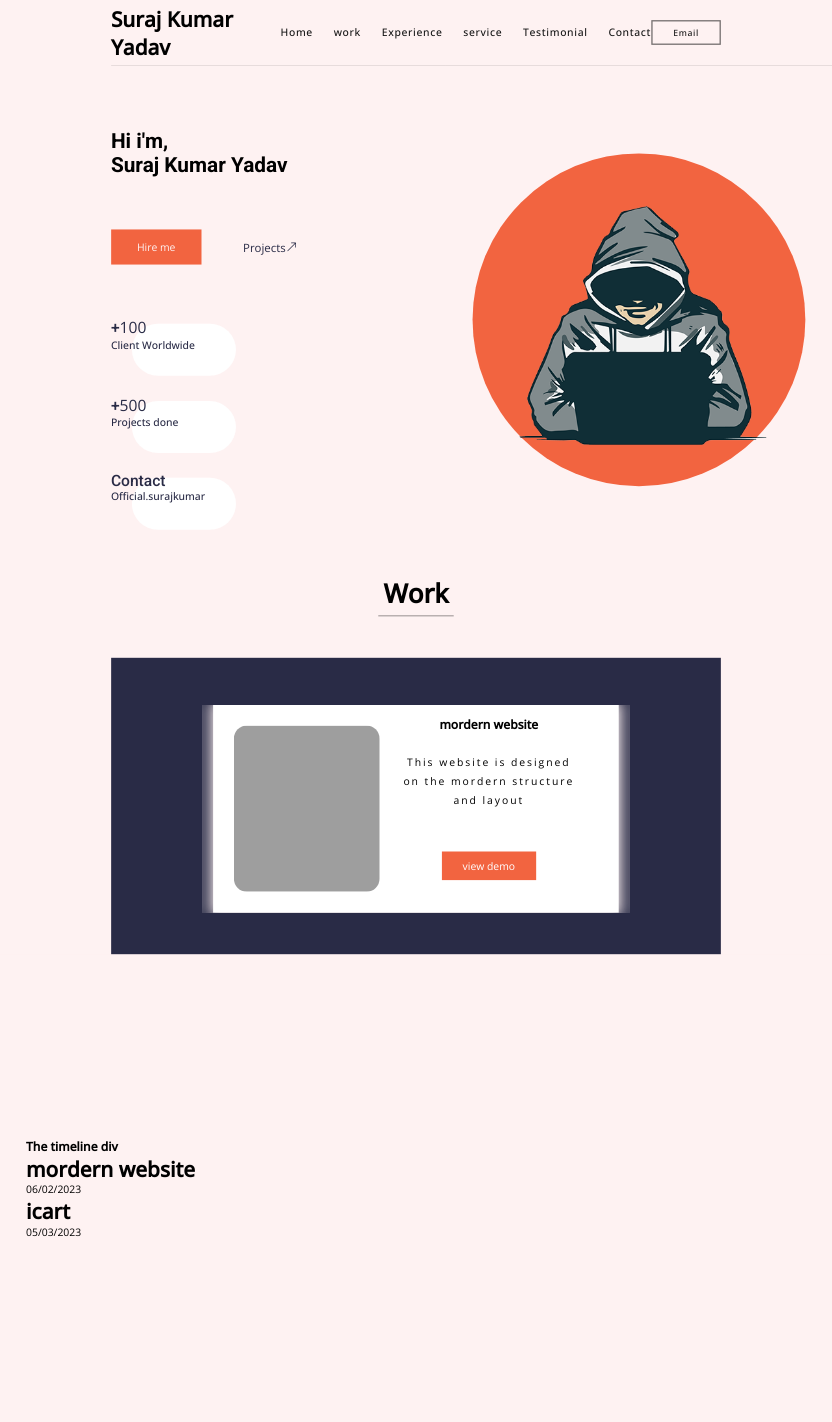
Repository: suraj-yadav7/portfolio-reactjs
Page: /
The author's editor kept a copy of each file at every save. The page is drawn from the files as they stood at one save, then again after the next save.
The browser window is 1280 px wide. The pictures show the whole page, at 65% of full size.
Pictures or frames that could not be fetched are drawn as grey boxes. The project was rebuilt for these pictures with package versions that can differ from the ones it lists, and the page was loaded fresh each time.

Above is the page before, as saved 2023-04-10 18:57:13.

### src/index.js
import React from 'react';
import ReactDOM from 'react-dom/client';
import App from './App';
import './styles/app.scss'

const root = ReactDOM.createRoot(document.getElementById('root'));
root.render(
  <React.StrictMode>
    <App />
  </React.StrictMode>
);

### src/App.js
import Header from "./components/Header";
import Home from "./components/Home";
import Work from "./components/Work";
import Timeline from "./components/Timeline";


function App() {
  return (
    <>
      <Header/>
      <Home/>
      <Work/>
      <Timeline/>
    </>
  );
}

export default App;

### src/styles/app.scss
@import url('https://fonts.googleapis.com/css2?family=Open+Sans:wght@300;400;500&family=Roboto:ital,wght@0,300;0,500;0,700;1,700&display=swap');


@import "statics";
@import "animation";
@import "header";
@import "home";
@import "work";
@import "timeline";


* {
  margin: 0%;
  padding: 0%;
  font-family: $text2;
  box-sizing: border-box;
  scroll-behavior: smooth;
}
a {
  text-decoration: none;
}

body {
  background-color: $color1;
  overflow-x: hidden;
}

.disableBtn {
  color: $color6 !important;
  background-color: rgb(191, 191, 191) !important;
  cursor: not-allowed !important;
}

#customMessage {
  font: 900 2rem $text2;
  width: 100%;
  height: 100vh;
  display: grid;
  place-items: center;
}

/*
@import "statics";
@import "animation";
@import "header";  //the statice values are available to header bcz statics is "import" above ii
@import "home";
@import "work";

*{
    margin:0;
    padding:0;
    box-sizing: border-box;
    font-family: $text1;
    scroll-behavior: smooth;
}
a{
    text-decoration: none;
}

body{
    background-color: $color1;
    overflow-x: hidden;
}

.disableBtn {
    background-color: rgb(237,237,237);
    cursor: not-allowed;
}
*/

### src/components/Header.jsx


import React from "react"

const Header = ()=>{
    return(
        <nav>
            <NavContent/>
        </nav>
    )
};

const NavContent = () =>{
    return(

        <>
        <h2>Suraj Kumar Yadav</h2>
        <div>
            <a href="#home">Home</a>
            <a href="#work">work</a>
            <a href="#timeline">Experience</a>
            <a href="#service">service</a>
            <a href="#testimonial">Testimonial</a>
            <a href="#Contact">Contact</a>
        </div>
        <a href="mailto: official.surajkumar@gmail.com">
            <button>Email</button>
        </a>
        </>
        )
}


export default Header;

### src/components/Home.jsx
import { BsArrowUpRight, BsChevronDown } from "react-icons/bs";
import {React,useRef} from 'react'
import { animate, motion } from "framer-motion"
// import { Typewriter} from 'typewriter-effect'
import me from "../assets/me.png"


const Home = () => {

  const clientCount = useRef(null)
  const projectCount = useRef(null)

  const animationClientCount = ()=>{
        animate(0,100,{
          duration: 1,
          onUpdate:(v)=>(clientCount.current.textContent=v.toFixed())
        })
  }


  const animationProjectCount = ()=>{
    animate(0,500,{
      duration: 1,
      onUpdate:(v)=>(projectCount.current.textContent=v.toFixed())
    })
}

  const animation = {
    h1: {
      initial: {
        x: "-100%",
        opacity: 0
      },
      whileInView: {
        x: 0,
        opacity: 1
      }
    },
    button: {
      initial: {
        y: "-100%",
        opacity: 0
      },
      whileInView: {
        y: 0,
        opacity: 1
      }
    }
  }

  return (
    <>
      <div id="home">
        <section>
          <div>
            <motion.h1 {...animation.h1} >
              Hi i'm, <br /> Suraj Kumar Yadav
            </motion.h1>

            {/* <Typewriter options={{
              strings:["A developer", "A Designer"],
              autoStart: true,
              loop: true,
              wrapperClassName:"typewriterpara"

            }} />  */}


            <div>
              <a href="mailto:surajkumar@gmail.com">Hire me</a>
              <a href="#work">Projects <BsArrowUpRight /></a>
            </div>

            <article>
              <p>
                +<motion.span whileInView={animationClientCount} ref={clientCount}>100</motion.span>
              </p>
              <span>Client Worldwide</span>
            </article>

            <aside>
              <article>
                <p>
                  +<motion.span ref={projectCount} whileInView={animationProjectCount}>5000</motion.span>
                </p>
                <span>Projects done</span>
              </article>
            </aside>

            <article>
              <p>
                Contact</p>
              <span>Official.surajkumar</span>
            </article>
          </div>
        </section>

        <section>
          <img src={me} alt="myimage"></img>
        </section>
      </div>
    </>
  )
}

export default Home

### src/components/Work.jsx
import React from 'react'
import { Carousel } from 'react-responsive-carousel'
import "react-responsive-carousel/lib/styles/carousel.min.css"
import data from "../assets/data.json"

const Work = () => {
  return (
  <>
  <div id='work'>
    <h2>Work</h2>
    <section>
        <article>
            <Carousel showArrows={false}
            showIndicators={false}
            showStatus={false}
            showThumbs={false}
            interval={2000}
            infiniteLoop={true}
            autoPlay={true}
             >
                {
                    data.projects.map(i=>(
                        <div key={i.key} className="workItem">
                            <img src={i.imgSrc} href={i.title}/>
                            <aside>
                                <h3>{i.title}</h3>
                                <p>{i.description}</p>
                                <a href={i.url} target="blank"> view demo </a>
                            </aside>
                        </div>
                    ))
                }
            </Carousel>
        </article>
    </section>
  </div>
  </>
  )
}

export default Work

### src/components/Timeline.jsx
import React from "react";
import data from "../assets/data.json"

const Timeline=()=>{
    return(
        <>
        <div id="timeline">
            <div className="timelineBox">
                <h3>The timeline div </h3>
                    {
            data.projects.map((item,index)=>(
                <TimelineItem heading={item.title} text={item.date} index={index} key={index }/>
                ))
            }
            </div>
        </div>
        </>
    )
}


const TimelineItem =({heading,text,index})=>(

        <>
    <div className={`timelineItem ${index%2===0?"leftTimeline":"rightTimeline"}`}>
        <h1>{heading}</h1>
        <p>{text}</p>

    </div>
    </>
    )




export default Timeline;

### src/styles/statics.scss
$text1:"Roboto", sans-serif;
$text2:"Open sans", sans-serif;

$color1: #fef2f2;
$color2: #286f6c;
$color2_1: #174340;
$color3: #f26440;
$color3_1: #ad4126;
$color3_light: rgb(249 141 141);
$color4: #fff;
$color5: #292b46;
$color6: #161616;
$color6_1: #16161698;
$color6_2: #16161622;


$p: 13.33vmax;
$p_md: 7vmax;
$p_base: 5vmax;
$p_base_INVERSE: 10vmax 15vmax;
$p_sm: 2vmax;
$p_sm_inverse: 13vmax 0;
$p_zero: 0;

### src/styles/animation.scss

@keyframes animateSvg {
    to {
      transform: translate(-50%, -10px);
    }
  }

  @keyframes upanddown {
    to {
      transform: translateY(-5px);
    }
  }

  @keyframes upupdowndown {
    to {
      transform: translateY(-10px);
    }
  }

### src/styles/header.scss


nav{
    width:100%;
    height:100px;
    background-color: $color1;
    display: flex;
    align-items: center;
    justify-content: space-between;
    padding: 0px $p;
    position: sticky;
    top:0;
    z-index: 60%;
    >h2{
        font-size:2rem;
    }
    >div{
        display: flex;
        align-items: center;
        gap:2rem;
        a{
            color: $color6;
            font-weight: 500;
            transition: all 0.3s;
            letter-spacing: 1px;
            &:hover{
                color:$color3;
            }
        }
    }
    >a >button{
        border: 2px solid $color6_1;
        padding: 0.5rem 2rem;
        background-color: $color1;
        cursor: pointer;
        color: $color6;
        letter-spacing: 1px;
        font-weight: 500;
        transition: all 0.3s;
        &:hover{
           background-color: $color6;
            color: $color4;
        }
    }
}

### src/styles/home.scss
#home {
    width: 100%;
    height: 90vh;
    display: flex;

    > section {
      width: 100%;

      &:first-of-type {
        padding-left: $p;

        > div {
          border-top: 1px solid $color6_2;
          height: 100%;
          padding-top: 6rem;
          > h1 {
            font: 600 2rem $text1;
          }

        //   .typewriterpara {
        //     margin: 20px 0;
        //     height: 20px;
        //     letter-spacing: 5px;
        //   }

          > div {
            display: flex;
            margin: 5rem 0;
            width: 70%;
            gap: 4rem;
            align-items: center;
            > a {
              &:first-of-type {
                background-color: $color3;
                color: $color1;
                padding: 1rem 2.5rem;
                transition: all 0.3s;
                &:hover {
                  background-color: $color3_1;
                }
              }
              &:last-of-type {
                font: 400 1.1rem $text2;
                color: $color5;
                display: flex;
                align-items: center;
              }
            }
          }

          aside {
            display: flex;
            justify-content: space-between;
            width: 70%;
          }

          article {
            margin: 2rem 0;
            width: 10rem;
            color: $color5;
            position: relative;

            &::after {
              content: "";
              background-color: $color4;
              width: 100%;
              height: 5rem;
              border-radius: 50px;
              position: absolute;
              top: 20%;
              left: 20%;
              z-index: -1;
            }
            > p {
              font: 400 1.5rem $text1;
            }
            > span {
              font: 500 1rem $text2;
            }
          }

          article[data-special] {
            width: 16rem;
          }
        }
      }

      &:last-of-type {
        border-top: 1px solid $color6_2;
        display: flex;
        flex-direction: column;
        justify-content: flex-end;
        align-items: center;
        overflow-x: hidden;

        &::after {
          content: "";
          width: 40vmax;
          height: 40vmax;
          background-color: $color3;
          position: absolute;
          z-index: -1;
          border-radius: 50%;
        }

        > img {
          width: 40vmax;
          object-fit: contain;
          height: 40vmax;
        }
      }
    }


  }

### src/styles/work.scss
#work {
    width: 100%;
    height: 100vh;
    padding: 8rem $p;
    > h2 {
      font: 700 2.5rem $text2;
      width: fit-content;
      border-bottom: 1px solid $color6_1;
      padding: 0.5rem;
      margin: auto;
    }

    > section {
      margin-top: 4rem;
      width: 100%;
      height: 100%;
      background-color: $color5;
      display: flex;
      align-items: center;
      justify-content: center;

      > article {
        width: 70%;
        height: 25vmax;
      }

      .workItem {
        overflow-y: auto;
        height: 25vmax;
        width: 95%;
        margin: auto;
        background-color: $color4;
        display: flex;
        padding: 2rem;
        box-shadow: 0 0 20px 5px $color1;

        > img {
          border-radius: 20px;
          width: 40%;
          object-fit: cover;
        }

        > aside {
          width: 60%;
          display: flex;
          flex-direction: column;
          justify-content: center;
          align-items: center;

          > p {
            letter-spacing: 3px;
            line-height: 180%;
            margin: 2rem;
          }
          > a {
            background-color: $color3;
            padding: 0.7rem 2rem;
            margin: 2rem;
            color: $color4;
            transition: all 0.5s;
            &:hover {
              background-color: $color3_1;
            }
          }
        }
      }
    }
  }

### src/styles/timeline.scss
#timeline {
    width: 100%;
    height: 100vh;
    background-color: $color1;

    .timelineBox{
    width: 100%;
    height: 100%;
    position: relative;
    max-width: 1200px;
    margin:0 auto;
    display: flex;
    flex-direction: column;
    justify-content: center;
        &::hover{
            content:"";
            position:absolute;
            width: 6px;
            top: 0;
            bottom: 0;
            background-color: $color5;
            left: 50%;
            margin-left: -3px;
        }
    }

    }

### src/assets/data.json
{

    "projects" :[
        {
            "date":"06/02/2023",
            "title" : "mordern website",
            "description" : "This website is designed on the mordern structure and layout",
            "url" : "https://www.pixabay.com",
            "imgSrc" : "https://cdn.pixabay.com/photo/2017/05/10/12/41/hacker-2300772_1280.jpg"

        },
        {
            "date":"05/03/2023",
            "title" : "icart",
            "description" : "This website is designed on the mordern structure and layout of ecommerce website",
            "url" : "https://www.pixabay.com",
            "imgSrc" : "https://pixabay.com/photos/hacker-silhouette-hack-anonymous-3342696/"
        }

    ]

}

Loaded but not shown: public/index.html (common file)

After the next save:
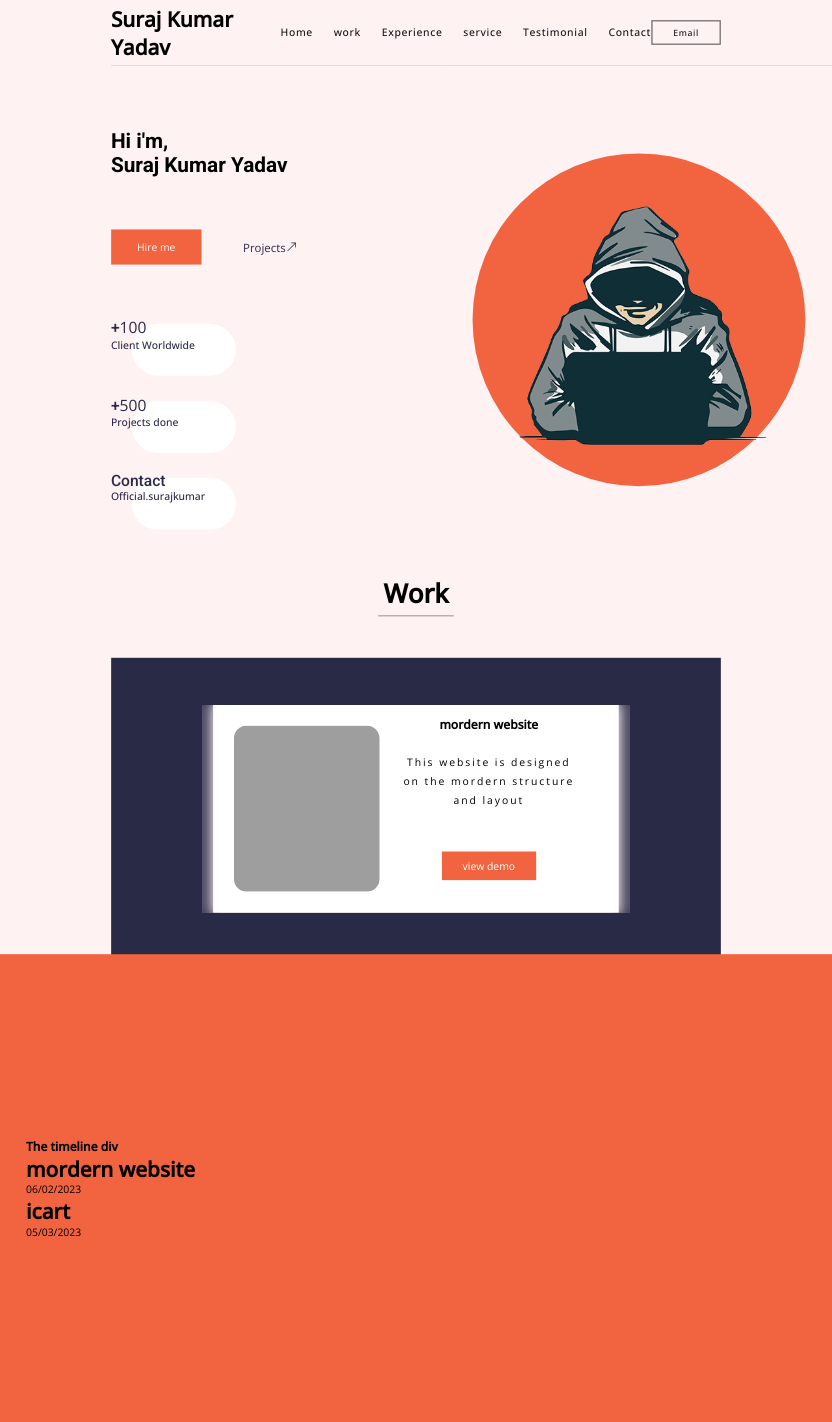
Saved 95 s later.
--- a/src/styles/timeline.scss
+++ b/src/styles/timeline.scss
@@ -1,9 +1,9 @@
 #timeline {
     width: 100%;
     height: 100vh;
-    background-color: $color1;
+    background-color: $color3;
 
-    .timelineBox{
+    .timelineBox {
     width: 100%;
     height: 100%;
     position: relative;

After the save that followed:
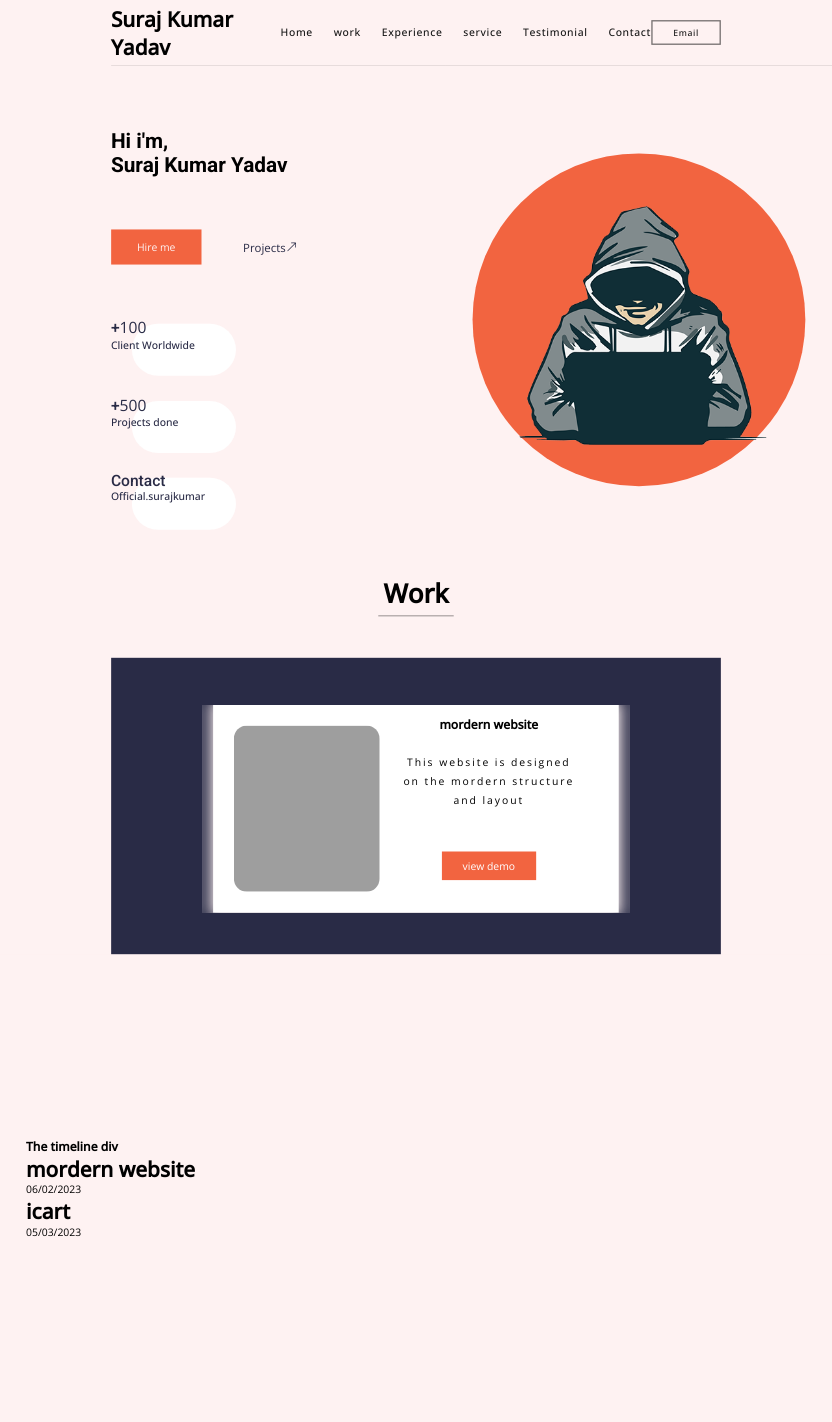
Saved 10 s later.
--- a/src/styles/timeline.scss
+++ b/src/styles/timeline.scss
@@ -1,7 +1,7 @@
 #timeline {
     width: 100%;
     height: 100vh;
-    background-color: $color3;
+    background-color: $color1;
 
     .timelineBox {
     width: 100%;
